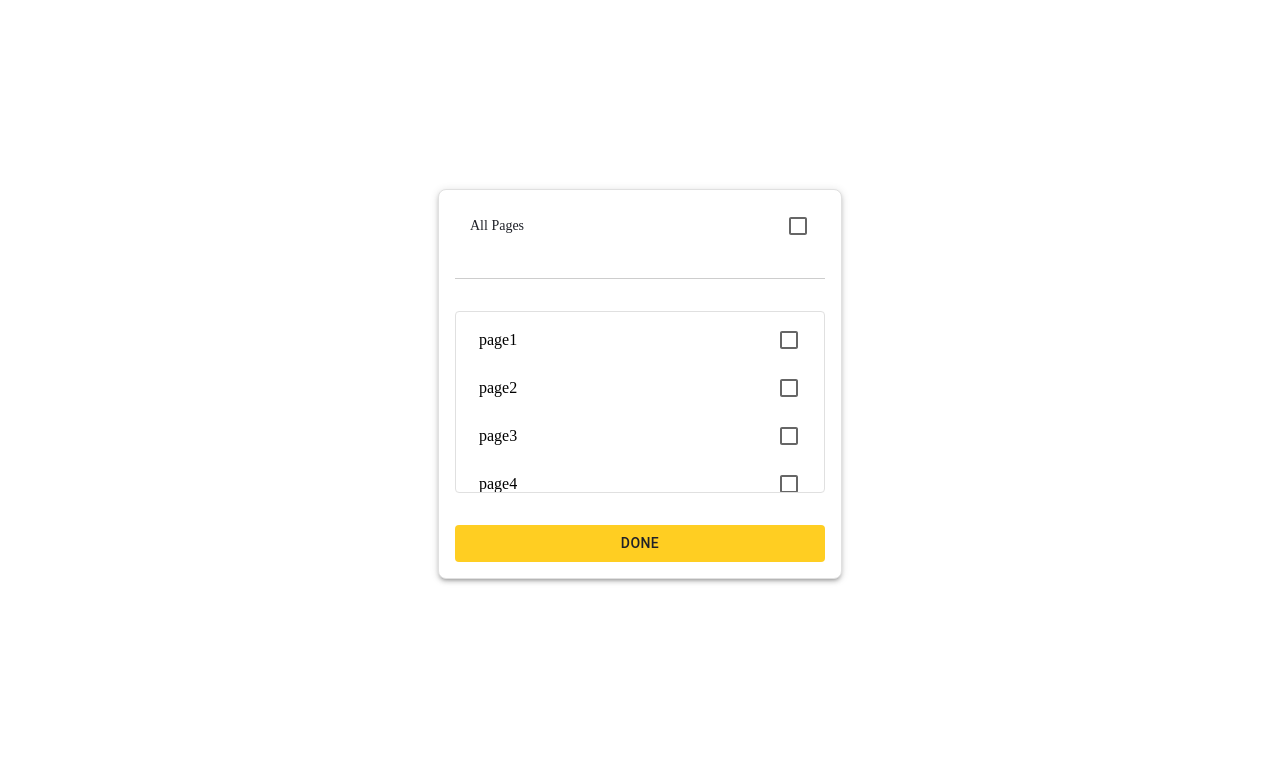
Repository: Tabishhaider72/Ellty-Test
Page: /
An editor plug-in stored every save of this project. The page is shown before and after the next save, followed by the edit.
The browser window is 1280 px wide. The pictures show the whole page.
The project was rebuilt for these pictures with package versions that can differ from the ones it lists, and the page was loaded fresh each time. Also part of the build but not shown: vite.config.js, src/index.css.

Above is the page before, as saved 2024-08-28 15:37:40.

After the next save:
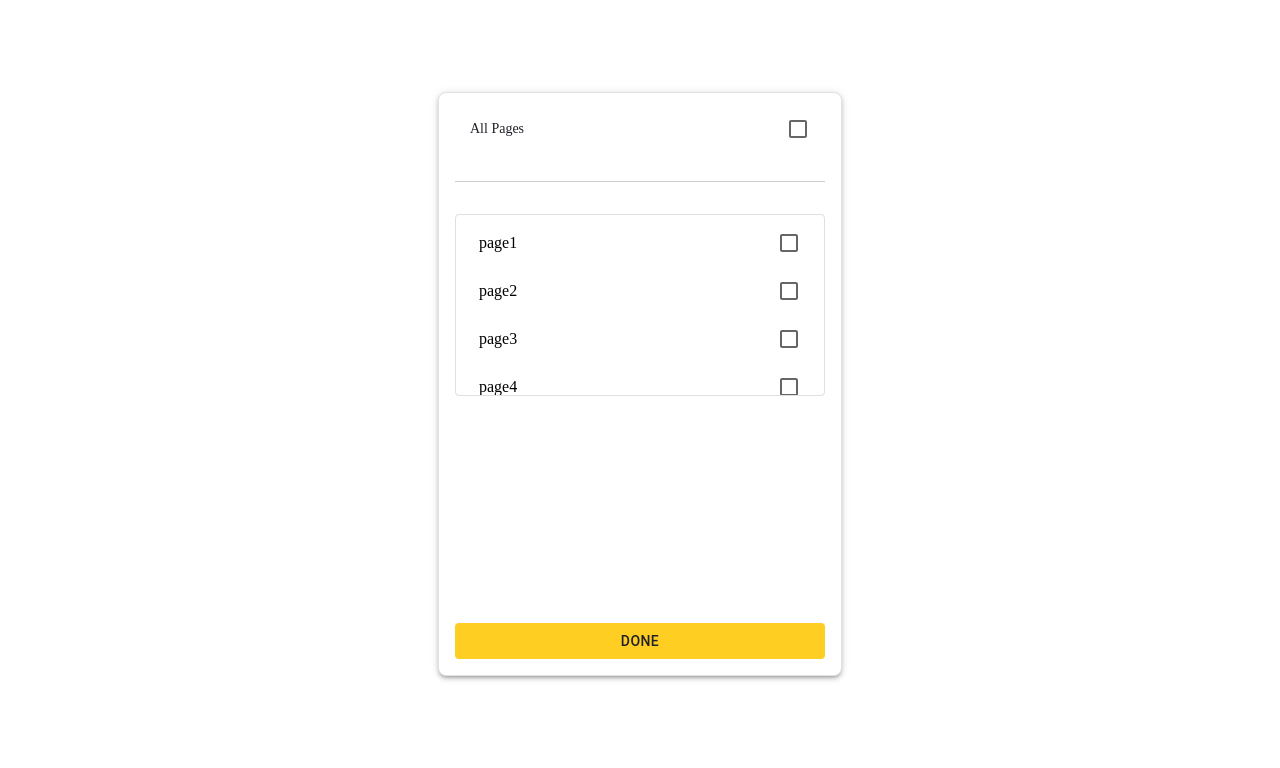
Saved 108 s later.
--- a/src/App.jsx
+++ b/src/App.jsx
@@ -43,6 +43,7 @@
       <Box
         sx={{
           width: 370,
+          height: 550,
           backgroundColor: 'white',
           border: '1px solid',
           borderColor: 'grey.300',

After the save that followed:
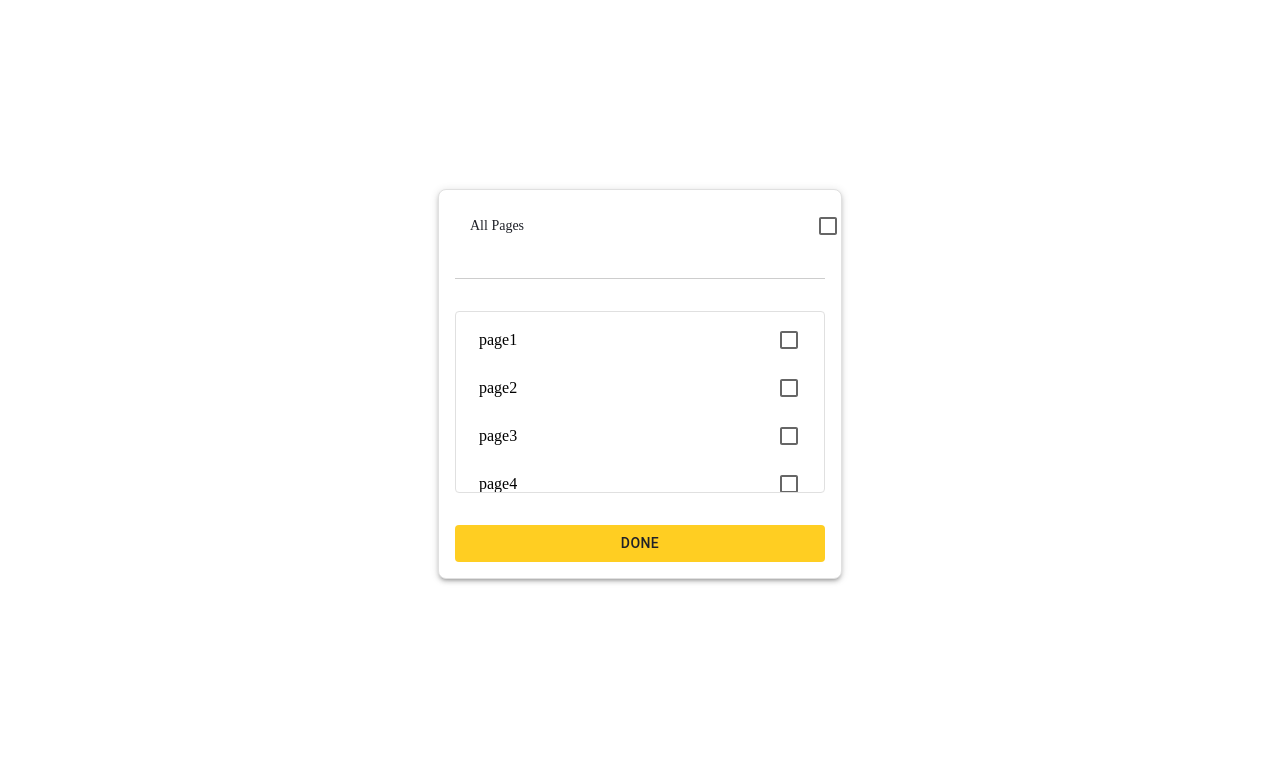
Saved 42 s later.
--- a/src/App.jsx
+++ b/src/App.jsx
@@ -43,7 +43,6 @@
       <Box
         sx={{
           width: 370,
-          height: 550,
           backgroundColor: 'white',
           border: '1px solid',
           borderColor: 'grey.300',
@@ -59,6 +58,7 @@
         <Box
           sx={{
             display: 'flex',
+            width: 370,
             justifyContent: 'space-between',
             alignItems: 'center',
             fontFamily: 'Montserrat',
